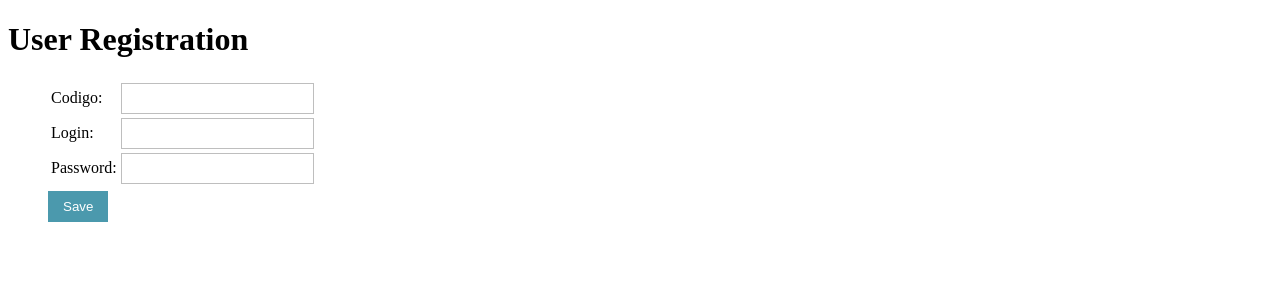
Repository: ViniciusBeletella/project-jsp
Page: http://localhost/project-jsp/userRegistration.jsp
These files come from the project's save history. The page is drawn as it stood at one moment and after the next save; the edit follows.
The browser window is 1280 px wide. The pictures show the whole page.
The page is served by Tomcat 9. Other server files are loaded and not shown.

Above is the page before, as saved 2019-12-20 13:42:25.

### project-jsp/WebContent/userRegistration.jsp
<%@ page language="java" contentType="text/html; charset=UTF-8"
	pageEncoding="UTF-8"%>
<%@ taglib uri="http://java.sun.com/jsp/jstl/core" prefix="c" %>
<!DOCTYPE html>
<html>
<head>
<meta charset="UTF-8">
<title>User Registration</title>
<link rel="stylesheet" href="resources/css/registration.css">
</head>
<body>

	<h1>User Registration</h1>

	<form action="saveUser" method="post">
	<ul class="form-style-1">
	<li>
		<table>
		    <tr>
				<td>Codigo:</td>
				<td><input type="text" readonly="readonly" id="id" name="id" value="${user.id}"></td>
			</tr>
			<tr>
				<td>Login:</td>
				<td><input type="text" id="login" name="login" value="${user.login}"></td>
			</tr>

			<tr>
				<td>Password:</td>
				<td><input type="password" id="password" name="password" value="${user.password}"></td>
			</tr>
			<tr><td></td><td></td></tr>
		</table>
		<input type="submit" value="Save">
		</li>
		</ul>
	</form>
	<table>

	<c:forEach items="${users}" var="userL">
	<tr>
	<td style="width: 150px"><c:out value="${userL.id}"></c:out></td>
	<td style="width: 150px"><c:out value="${userL.login}"></c:out></td>
	<td style="width: 150px"><c:out value="${userL.password}"></c:out></td>
		<td><c:out value="${user.password}"></c:out></td>
		<td><a href="saveUser?acao=delete&user=${userL.login}">Delete</a> </td>
		<td><a href="saveUser?acao=edit&user=${userL.login}">Edit</a> </td>

	</tr>

	</c:forEach>

	</table>


</body>
</html>

### project-jsp/WebContent/resources/css/registration.css

<style type="text/css">
.form-style-1 {
	margin:10px auto;
	max-width: 400px;
	padding: 20px 12px 10px 20px;
	font: 13px "Lucida Sans Unicode", "Lucida Grande", sans-serif;
}
.form-style-1 li {
	padding: 0;
	display: block;
	list-style: none;
	margin: 10px 0 0 0;
}
.form-style-1 label{
	margin:0 0 3px 0;
	padding:0px;
	display:block;
	font-weight: bold;
}
.form-style-1 input[type=text],
.form-style-1 input[type=password],
.form-style-1 input[type=date],
.form-style-1 input[type=datetime],
.form-style-1 input[type=number],
.form-style-1 input[type=search],
.form-style-1 input[type=time],
.form-style-1 input[type=url],
.form-style-1 input[type=email],
textarea,
select{
	box-sizing: border-box;
	-webkit-box-sizing: border-box;
	-moz-box-sizing: border-box;
	border:1px solid #BEBEBE;
	padding: 7px;
	margin:0px;
	-webkit-transition: all 0.30s ease-in-out;
	-moz-transition: all 0.30s ease-in-out;
	-ms-transition: all 0.30s ease-in-out;
	-o-transition: all 0.30s ease-in-out;
	outline: none;
}
.form-style-1 input[type=text]:focus,
.form-style-1 input[type=password]:focus,
.form-style-1 input[type=date]:focus,
.form-style-1 input[type=datetime]:focus,
.form-style-1 input[type=number]:focus,
.form-style-1 input[type=search]:focus,
.form-style-1 input[type=time]:focus,
.form-style-1 input[type=url]:focus,
.form-style-1 input[type=email]:focus,
.form-style-1 textarea:focus,
.form-style-1 select:focus{
	-moz-box-shadow: 0 0 8px #88D5E9;
	-webkit-box-shadow: 0 0 8px #88D5E9;
	box-shadow: 0 0 8px #88D5E9;
	border: 1px solid #88D5E9;
}
.form-style-1 .field-divided{
	width: 49%;
}

.form-style-1 .field-long{
	width: 100%;
}
.form-style-1 .field-select{
	width: 100%;
}
.form-style-1 .field-textarea{
	height: 100px;
}
.form-style-1 input[type=submit], .form-style-1 input[type=button]{
	background: #4B99AD;
	padding: 8px 15px 8px 15px;
	border: none;
	color: #fff;
}
.form-style-1 input[type=submit]:hover, .form-style-1 input[type=button]:hover{
	background: #4691A4;
	box-shadow:none;
	-moz-box-shadow:none;
	-webkit-box-shadow:none;
}
.form-style-1 .required{
	color:red;
}
</style>

After the next save:
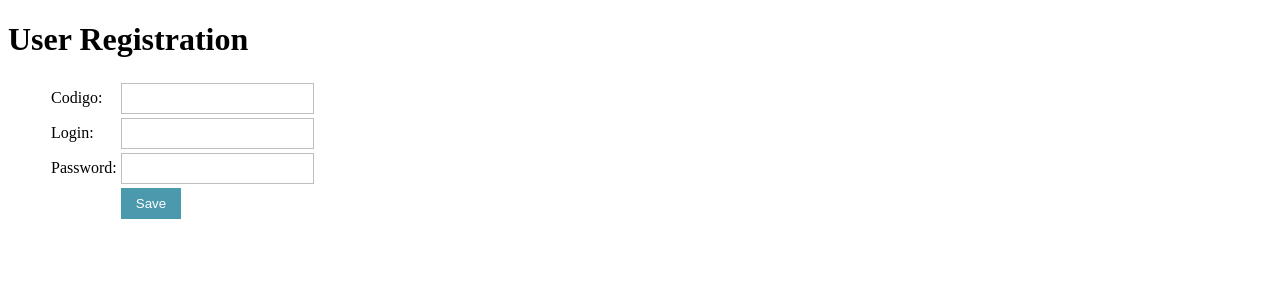
Saved 71 s later.
--- a/project-jsp/WebContent/userRegistration.jsp
+++ b/project-jsp/WebContent/userRegistration.jsp
@@ -1,6 +1,6 @@
 <%@ page language="java" contentType="text/html; charset=UTF-8"
 	pageEncoding="UTF-8"%>
-<%@ taglib uri="http://java.sun.com/jsp/jstl/core" prefix="c" %>
+<%@ taglib uri="http://java.sun.com/jsp/jstl/core" prefix="c"%>
 <!DOCTYPE html>
 <html>
 <head>
@@ -13,42 +13,48 @@
 	<h1>User Registration</h1>
 
 	<form action="saveUser" method="post">
-	<ul class="form-style-1">
-	<li>
-		<table>
-		    <tr>
-				<td>Codigo:</td>
-				<td><input type="text" readonly="readonly" id="id" name="id" value="${user.id}"></td>
-			</tr>
-			<tr>
-				<td>Login:</td>
-				<td><input type="text" id="login" name="login" value="${user.login}"></td>
-			</tr>
+		<ul class="form-style-1">
+			<li>
+				<table>
+					<tr>
+						<td>Codigo:</td>
+						<td><input type="text" readonly="readonly" id="id" name="id"
+							value="${user.id}"></td>
+					</tr>
+					<tr>
+						<td>Login:</td>
+						<td><input type="text" id="login" name="login"
+							value="${user.login}"></td>
+					</tr>
 
-			<tr>
-				<td>Password:</td>
-				<td><input type="password" id="password" name="password" value="${user.password}"></td>
-			</tr>
-			<tr><td></td><td></td></tr>
-		</table>
-		<input type="submit" value="Save">
-		</li>
+					<tr>
+						<td>Password:</td>
+						<td><input type="password" id="password" name="password"
+							value="${user.password}"></td>
+					</tr>
+					<tr>
+						<td></td>
+						<td><input type="submit" value="Save"></td>
+					</tr>
+				</table>
+			</li>
 		</ul>
 	</form>
 	<table>
 
-	<c:forEach items="${users}" var="userL">
-	<tr>
-	<td style="width: 150px"><c:out value="${userL.id}"></c:out></td>
-	<td style="width: 150px"><c:out value="${userL.login}"></c:out></td>
-	<td style="width: 150px"><c:out value="${userL.password}"></c:out></td>
-		<td><c:out value="${user.password}"></c:out></td>
-		<td><a href="saveUser?acao=delete&user=${userL.login}">Delete</a> </td>
-		<td><a href="saveUser?acao=edit&user=${userL.login}">Edit</a> </td>
+		<c:forEach items="${users}" var="userL">
+			<tr>
+				<td style="width: 150px"><c:out value="${userL.id}"></c:out></td>
+				<td style="width: 150px"><c:out value="${userL.login}"></c:out></td>
+				<td style="width: 150px"><c:out value="${userL.password}"></c:out></td>
+				<td><c:out value="${user.password}"></c:out></td>
+				<td><a href="saveUser?acao=delete&user=${userL.login}">Delete</a>
+				</td>
+				<td><a href="saveUser?acao=edit&user=${userL.login}">Edit</a></td>
 
-	</tr>
+			</tr>
 
-	</c:forEach>
+		</c:forEach>
 
 	</table>
 
